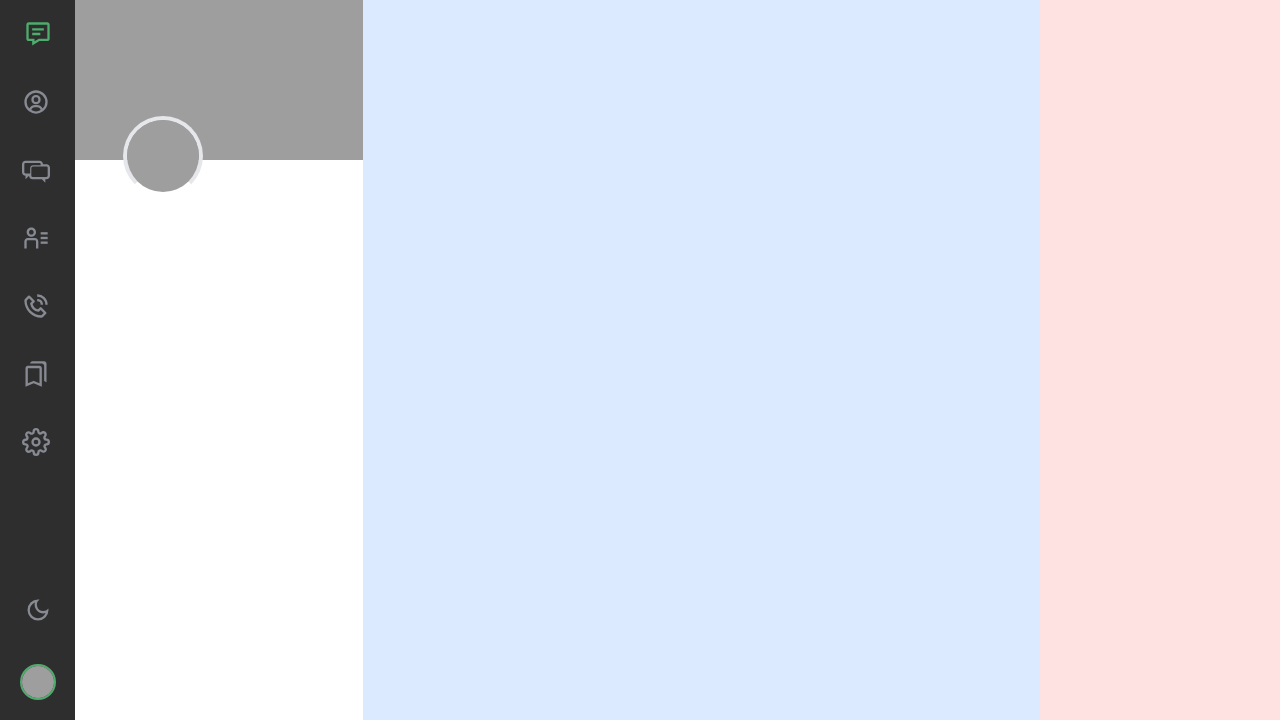
Repository: satya-ranjon/Chat-app
Page: /
An editor plug-in stored every save of this project. The page is shown before and after a run of saves, followed by the edit.
The browser window is 1280 px wide. The pictures show the whole page.
Pictures or frames that could not be fetched are drawn as grey boxes. The project was rebuilt for these pictures with package versions that can differ from the ones it lists, and the page was loaded fresh each time.

Above is the page before, as saved 2022-03-31 03:32:24.

After the next 3 saves:
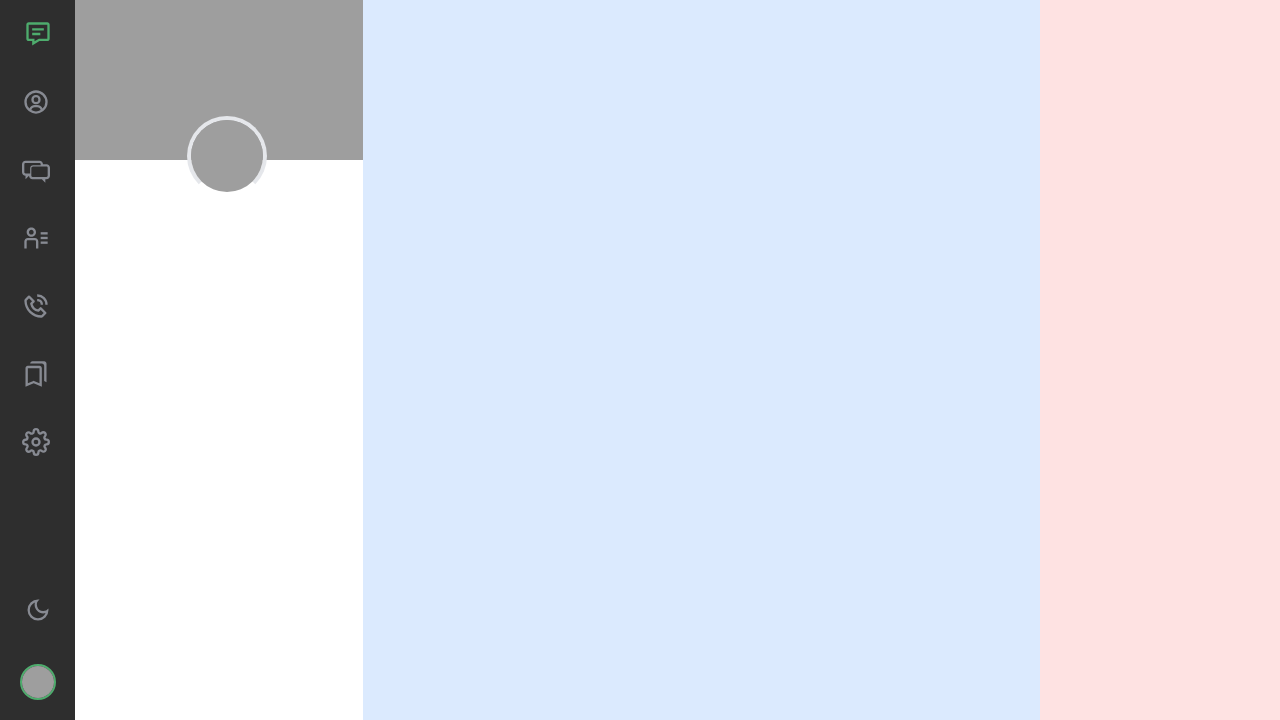
The 3 saves are shown as one change because they came seconds apart.
The last was saved 12 s later.
--- a/src/components/MyProfile/MyProfile.jsx
+++ b/src/components/MyProfile/MyProfile.jsx
@@ -8,7 +8,7 @@ export default function MyProfile() {
     <div className="sm:w-72 h-screen w-40 ">
       <div className="relative">
         <img src={Image} alt={Image} className="w-full h-40" />
-        <UserImage className="w-16 h-16 sm:w-20 sm:h-20 rounded-full absolute sm:-bottom-9  -bottom-7 sm:right-[10rem]  right-12  border-4 border-b-white" />
+        <UserImage className="w-16 h-16 sm:w-20 sm:h-20 rounded-full absolute sm:-bottom-9  -bottom-7 sm:right-[6rem]  right-12  border-4 border-b-white" />
       </div>
     </div>
   );
